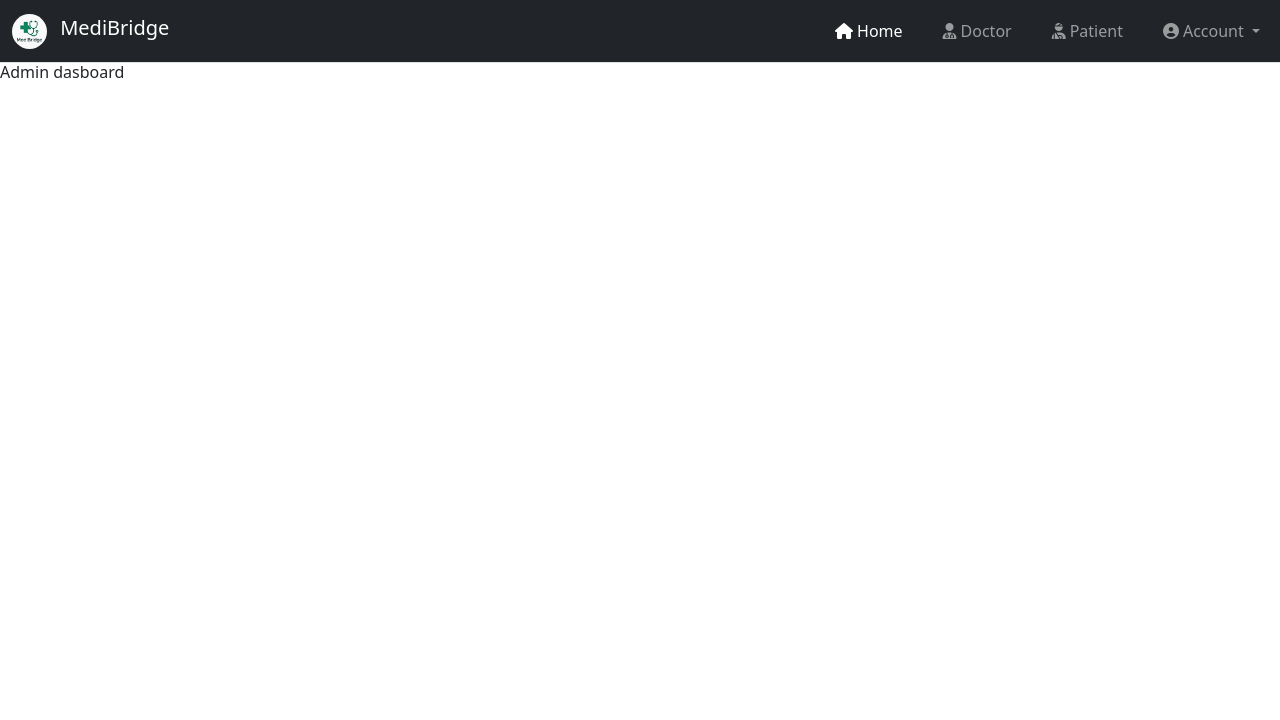
Repository: Abhinavan2004/MediBridge-hms
Page: http://localhost/Hospital_Management_System/admin/index.jsp
These files come from the project's save history. The page is drawn as it stood at one moment and after the next save; the edit follows.
The browser window is 1280 px wide. The pictures show the whole page.
The page is served by Tomcat 9. Nobody is signed in. The application's start-up code is not run. Other server files are loaded and not shown.

Above is the page before, as saved 2025-07-17 11:27:48.

### Hospital_Management_System/src/main/webapp/admin/index.jsp
<%@ page language="java" contentType="text/html; charset=UTF-8"
    pageEncoding="UTF-8"%>
<!DOCTYPE html>
<html>
<head>
<meta charset="UTF-8">
<title>Insert title here</title>
</head>
<body>
<%@ include file="navbar.jsp" %>
<h2> Admin dasboard</h2>
</body>
</html>

### Hospital_Management_System/src/main/webapp/admin/navbar.jsp
<!DOCTYPE html>
<html lang="en">
<head>
<meta charset="UTF-8">
<meta name="viewport" content="width=device-width, initial-scale=1.0">
<title>MediBridge :Administrator</title>
<!-- Include CDN links from external file -->
<%@ include file="../components/cdn-links.jsp" %>
</head>
<body>

<nav class="navbar navbar-expand-lg navbar-dark bg-dark border-bottom">
<div class="container-fluid">
<a class="navbar-brand" href="index.jsp">
<img src="../assets/logo.png" alt="Logo" width="35" height="40" class="d-inline-block align-text-top me-2 rounded-circle"
onerror="this.style.display='none'">
MediBridge
</a>

<!-- Navbar toggler  for mobile -->
<button class="navbar-toggler" type="button" data-bs-toggle="collapse" data-bs-target="#navbarNavDropdown" aria-controls="navbarNavDropdown" aria-expanded="false" aria-label="Toggle navigation">
<span class="navbar-toggler-icon"></span>
</button>

<div class="collapse navbar-collapse" id="navbarNavDropdown">
<ul class="navbar-nav ms-auto">
<li class="nav-item me-4">
<a class="nav-link active" aria-current="page" href="../index.jsp">
<i class="fa-solid fa-home me-1"></i>Home
</a>
</li>
<li class="nav-item me-4">
<a class="nav-link" href="#">
<i class="fa-solid fa-user-doctor me-1"></i>Doctor
</a>
</li>
<li class="nav-item me-4">
<a class="nav-link" href="#">
<i class="fa-solid fa-user-injured me-1"></i>Patient
</a>
</li>
<li class="nav-item dropdown">
<a class="nav-link dropdown-toggle" href="#" id="navbarDropdownMenuLink" role="button" data-bs-toggle="dropdown" aria-expanded="false">
<i class="fa-solid fa-user-circle me-1"></i>Account
</a>
<ul class="dropdown-menu dropdown-menu-end" aria-labelledby="navbarDropdownMenuLink">
<li><a class="dropdown-item" href="profile.jsp">
<i class="fa-solid fa-user me-2"></i>Profile
</a></li>
<li><hr class="dropdown-divider"></li>
<li><a class="dropdown-item" href="logout.jsp">
<i class="fa-solid fa-sign-out-alt me-2"></i>Logout
</a></li>
</ul>
</li>
</ul>
</div>
</div>
</nav>

<!-- Scripts are included in CDN file -->
</body>
</html>

### Hospital_Management_System/src/main/webapp/components/cdn-links.jsp
<!-- CDN Links File - Include this in your HTML files -->

<!-- Bootstrap CSS -->
<link href="https://cdn.jsdelivr.net/npm/bootstrap@5.3.0/dist/css/bootstrap.min.css" rel="stylesheet">

<!-- Tailwind CSS -->
<link href="https://cdn.jsdelivr.net/npm/tailwindcss@2.2.19/dist/tailwind.min.css" rel="stylesheet">

<!-- Font Awesome -->
<link rel="stylesheet" href="https://cdnjs.cloudflare.com/ajax/libs/font-awesome/6.4.0/css/all.min.css">

<!-- Bootstrap JS -->
<script src="https://cdn.jsdelivr.net/npm/bootstrap@5.3.0/dist/js/bootstrap.bundle.min.js"></script>

<!-- jQuery (optional, if needed) -->
<script src="https://cdnjs.cloudflare.com/ajax/libs/jquery/3.7.0/jquery.min.js"></script>

<!-- Popper.js (optional, if using Bootstrap tooltips/popovers separately) -->
<script src="https://cdnjs.cloudflare.com/ajax/libs/popper.js/2.11.8/umd/popper.min.js"></script>

After the next save:
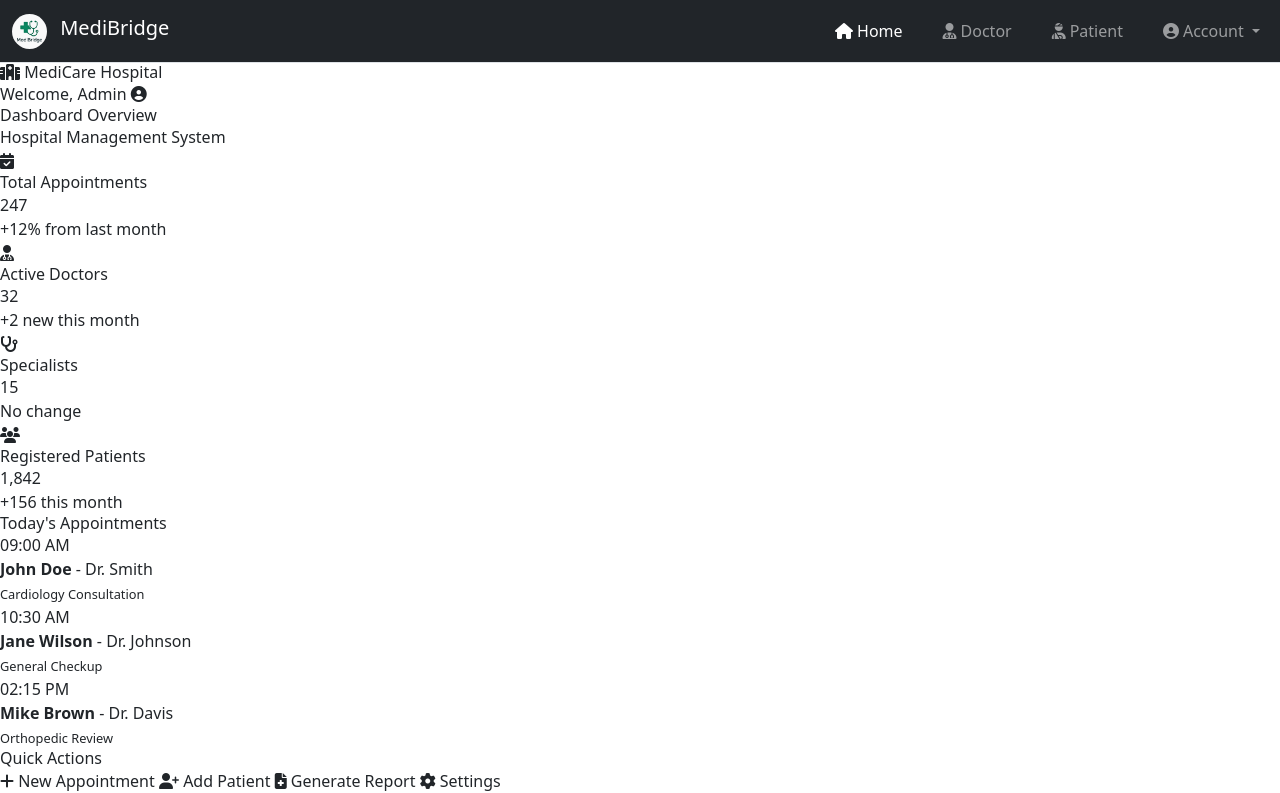
Saved 3 days later.
--- a/Hospital_Management_System/src/main/webapp/admin/index.jsp
+++ b/Hospital_Management_System/src/main/webapp/admin/index.jsp
@@ -8,6 +8,125 @@
 </head>
 <body>
 <%@ include file="navbar.jsp" %>
-<h2> Admin dasboard</h2>
-</body>
+    <div class="dashboard-container">
+        <!-- Header -->
+        <header class="dashboard-header">
+            <div class="header-content">
+                <h1><i class="fas fa-hospital"></i> MediCare Hospital</h1>
+                <div class="user-info">
+                    <span>Welcome, Admin</span>
+                    <i class="fas fa-user-circle"></i>
+                </div>
+            </div>
+        </header>
+
+        <!-- Main Dashboard Content -->
+        <main class="dashboard-main">
+            <div class="dashboard-title">
+                <h2>Dashboard Overview</h2>
+                <p>Hospital Management System</p>
+            </div>
+
+            <!-- Stats Cards -->
+            <div class="stats-grid">
+                <div class="stat-card appointments">
+                    <div class="stat-icon">
+                        <i class="fas fa-calendar-check"></i>
+                    </div>
+                    <div class="stat-info">
+                        <h3>Total Appointments</h3>
+                        <p class="stat-number">247</p>
+                        <span class="stat-change positive">+12% from last month</span>
+                    </div>
+                </div>
+
+                <div class="stat-card doctors">
+                    <div class="stat-icon">
+                        <i class="fas fa-user-md"></i>
+                    </div>
+                    <div class="stat-info">
+                        <h3>Active Doctors</h3>
+                        <p class="stat-number">32</p>
+                        <span class="stat-change positive">+2 new this month</span>
+                    </div>
+                </div>
+
+                <div class="stat-card specialists">
+                    <div class="stat-icon">
+                        <i class="fas fa-stethoscope"></i>
+                    </div>
+                    <div class="stat-info">
+                        <h3>Specialists</h3>
+                        <p class="stat-number">15</p>
+                        <span class="stat-change neutral">No change</span>
+                    </div>
+                </div>
+
+                <div class="stat-card patients">
+                    <div class="stat-icon">
+                        <i class="fas fa-users"></i>
+                    </div>
+                    <div class="stat-info">
+                        <h3>Registered Patients</h3>
+                        <p class="stat-number">1,842</p>
+                        <span class="stat-change positive">+156 this month</span>
+                    </div>
+                </div>
+            </div>
+
+            <!-- Additional Dashboard Elements -->
+            <div class="dashboard-grid">
+                <div class="dashboard-section">
+                    <h3>Today's Appointments</h3>
+                    <div class="appointment-list">
+                        <div class="appointment-item">
+                            <div class="appointment-time">09:00 AM</div>
+                            <div class="appointment-details">
+                                <p><strong>John Doe</strong> - Dr. Smith</p>
+                                <small>Cardiology Consultation</small>
+                            </div>
+                        </div>
+                        <div class="appointment-item">
+                            <div class="appointment-time">10:30 AM</div>
+                            <div class="appointment-details">
+                                <p><strong>Jane Wilson</strong> - Dr. Johnson</p>
+                                <small>General Checkup</small>
+                            </div>
+                        </div>
+                        <div class="appointment-item">
+                            <div class="appointment-time">02:15 PM</div>
+                            <div class="appointment-details">
+                                <p><strong>Mike Brown</strong> - Dr. Davis</p>
+                                <small>Orthopedic Review</small>
+                            </div>
+                        </div>
+                    </div>
+                </div>
+
+                <div class="dashboard-section">
+                    <h3>Quick Actions</h3>
+                    <div class="quick-actions">
+                        <button class="action-btn primary">
+                            <i class="fas fa-plus"></i>
+                            New Appointment
+                        </button>
+                        <button class="action-btn secondary">
+                            <i class="fas fa-user-plus"></i>
+                            Add Patient
+                        </button>
+                        <button class="action-btn secondary">
+                            <i class="fas fa-file-medical"></i>
+                            Generate Report
+                        </button>
+                        <button class="action-btn secondary">
+                            <i class="fas fa-cog"></i>
+                            Settings
+                        </button>
+                    </div>
+                </div>
+            </div>
+        </main>
+    </div>
+
+
 </html>
